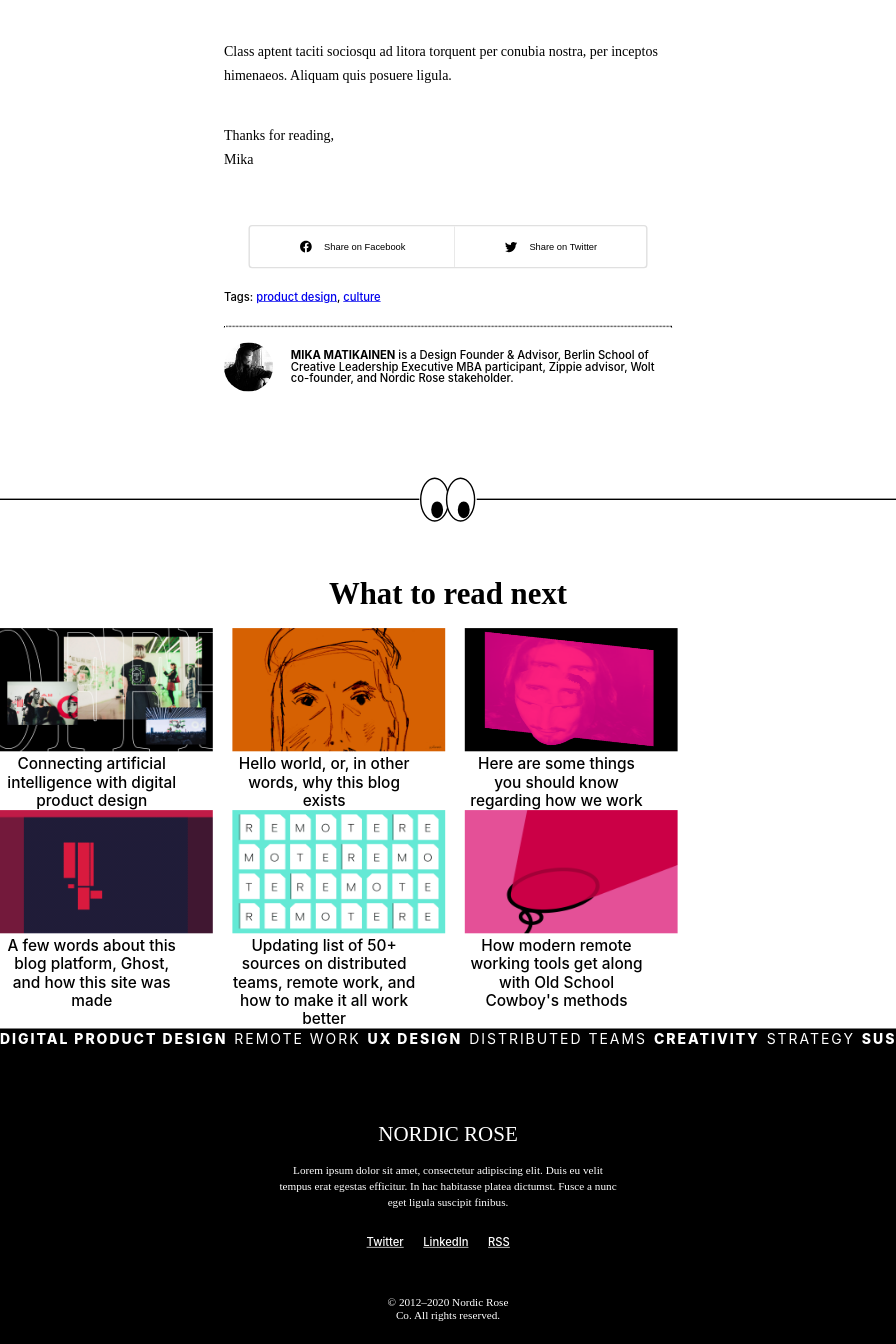
Repository: ThuTrang-jvb/JVB-BT1
Page: Page 3/article.html
An editor plug-in stored every save of this project. The page is shown before and after the next save, followed by the edit.
The browser window is 1280 px wide. The pictures show the part of the page from y = 3256 to 5176 px (the page is 5176 px tall), at 70% of full size.

Above is the page before, as saved 2025-06-30 09:45:47.

After the next save:
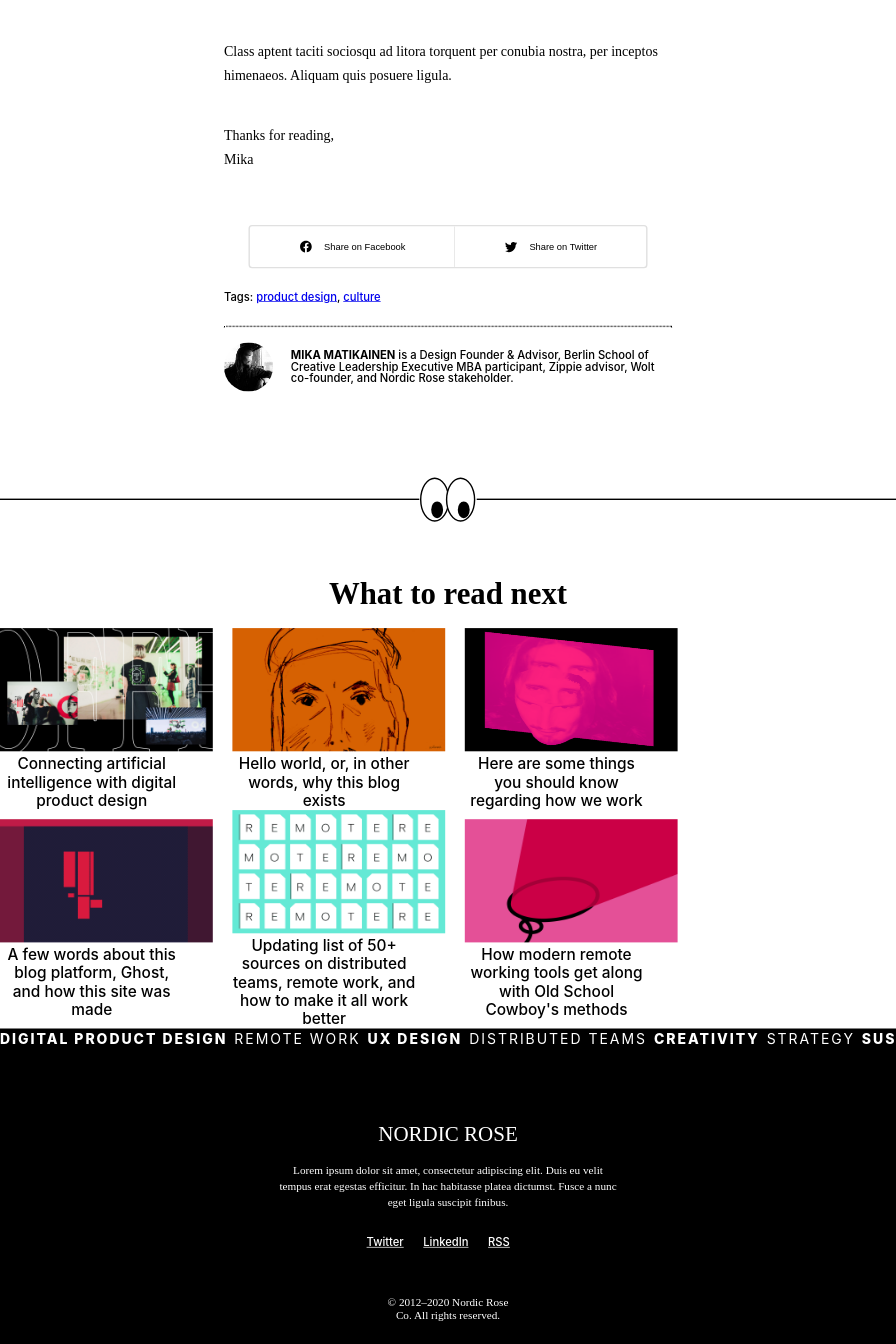
Saved 11 s later.
--- a/Page 3/styleArticle.css
+++ b/Page 3/styleArticle.css
@@ -382,7 +382,8 @@ ul {
 .image, .image_desktop {
     display: flex;
     gap: 28px;
-
+    align-items: center;
+    margin: 0 auto;
 }
 .image_line img {
     width: 304px;
